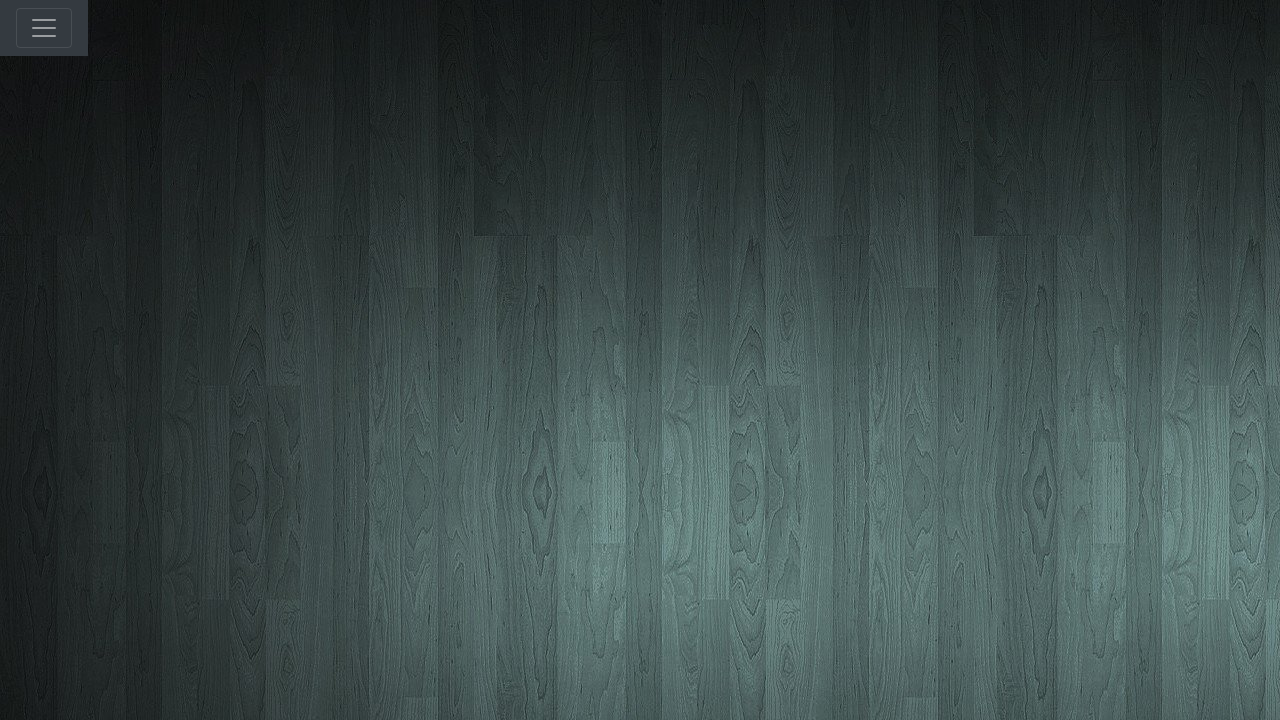
Repository: UncEmerson/UncEmerson
Page: index.html
These files come from the project's save history. The page is drawn as it stood at one moment and after the next save; the edit follows.
The browser window is 1280 px wide. The pictures show the whole page.

Above is the page before, as saved 2019-06-11 23:44:25.

After the next save:
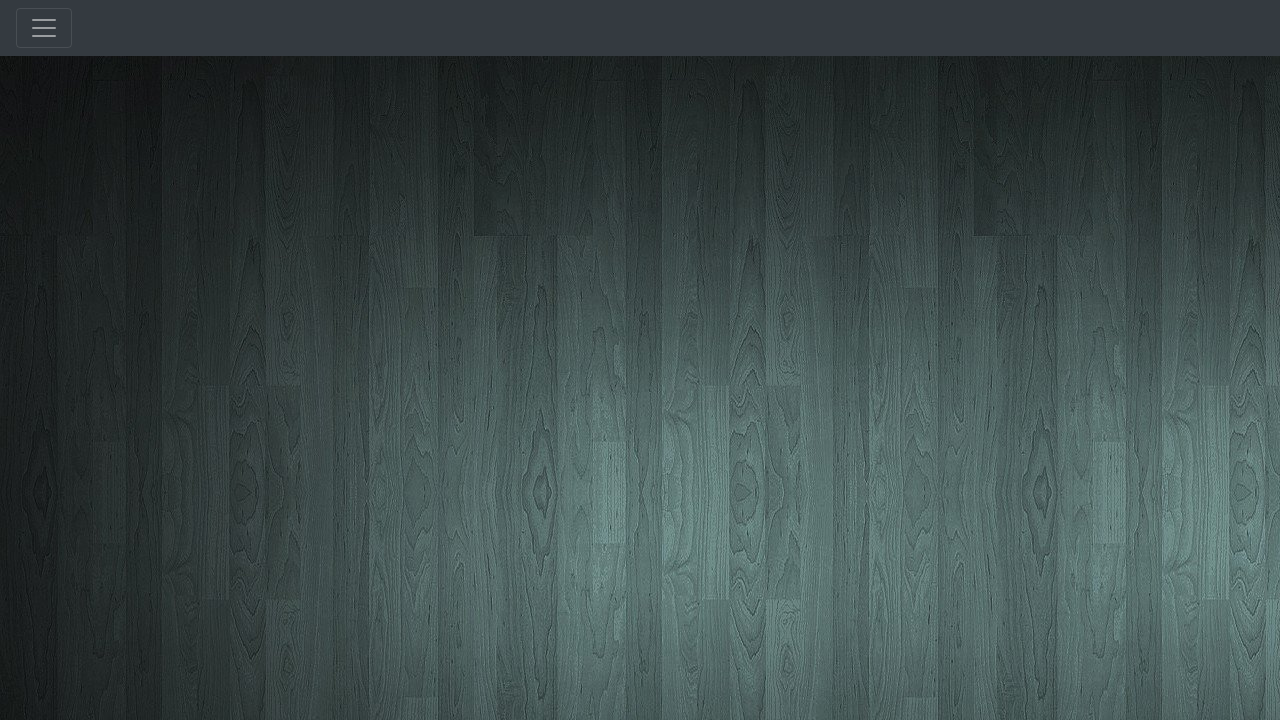
Saved 7 s later.
--- a/style.css
+++ b/style.css
@@ -2,7 +2,4 @@
     background: url(images/fondo1.jpg)
 }
 
-.derecha {
-    float: right;
-    position: fixed;
-}
+.derecha {}
